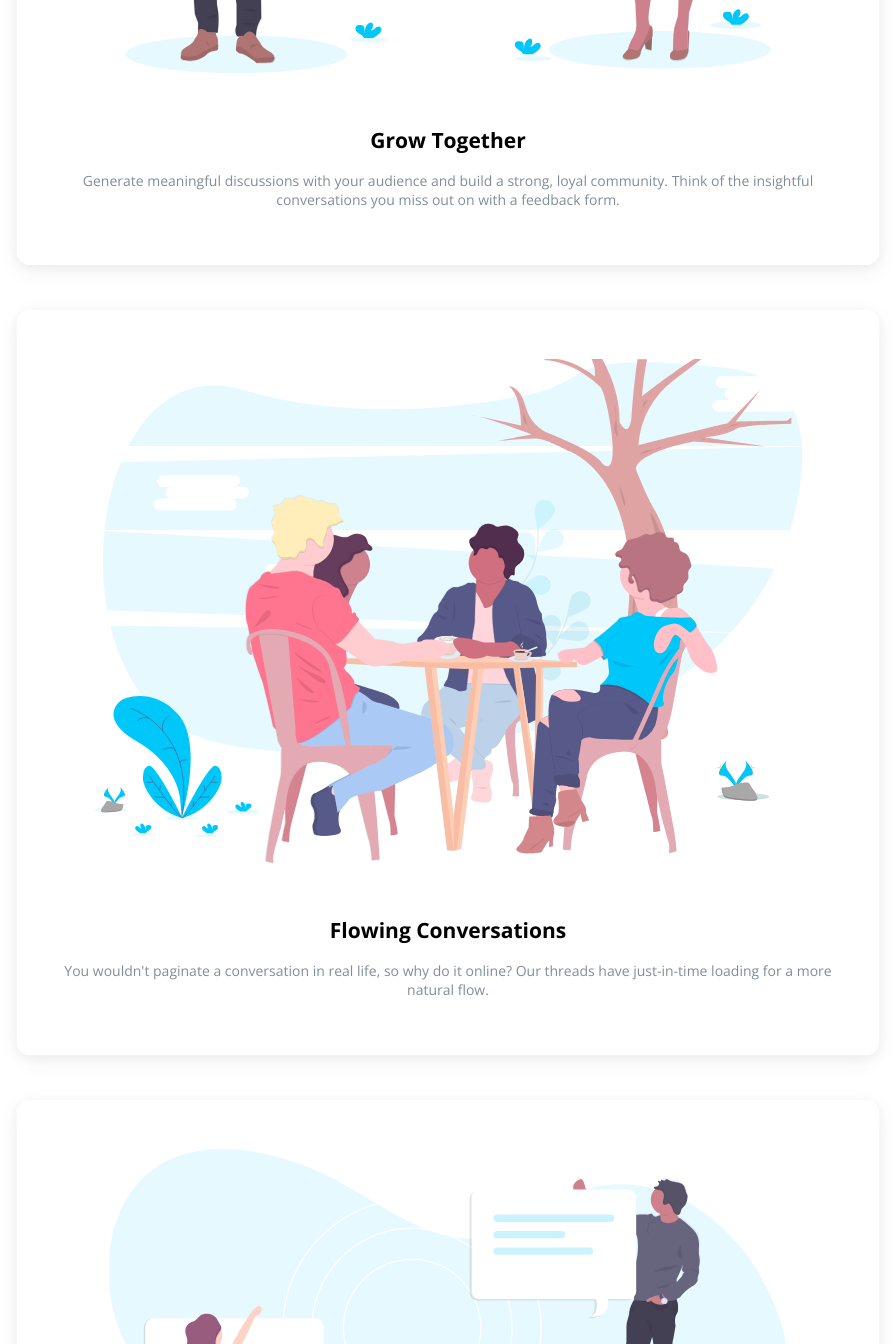
Repository: DejV44/Huddle-landing-page
Page: index.html
An editor plug-in stored every save of this project. The page is shown before and after the next save, followed by the edit.
The browser window is 1280 px wide. The pictures show the part of the page from y = 2281 to 4201 px (the page is 5562 px tall before and 5515 px after), at 70% of full size.
The style sheet was rebuilt from its Sass, Less or Tailwind sources for each picture, by a compiler version that may differ from the author's.

Above is the page before, as saved 2021-08-20 08:22:42.

After the next save:
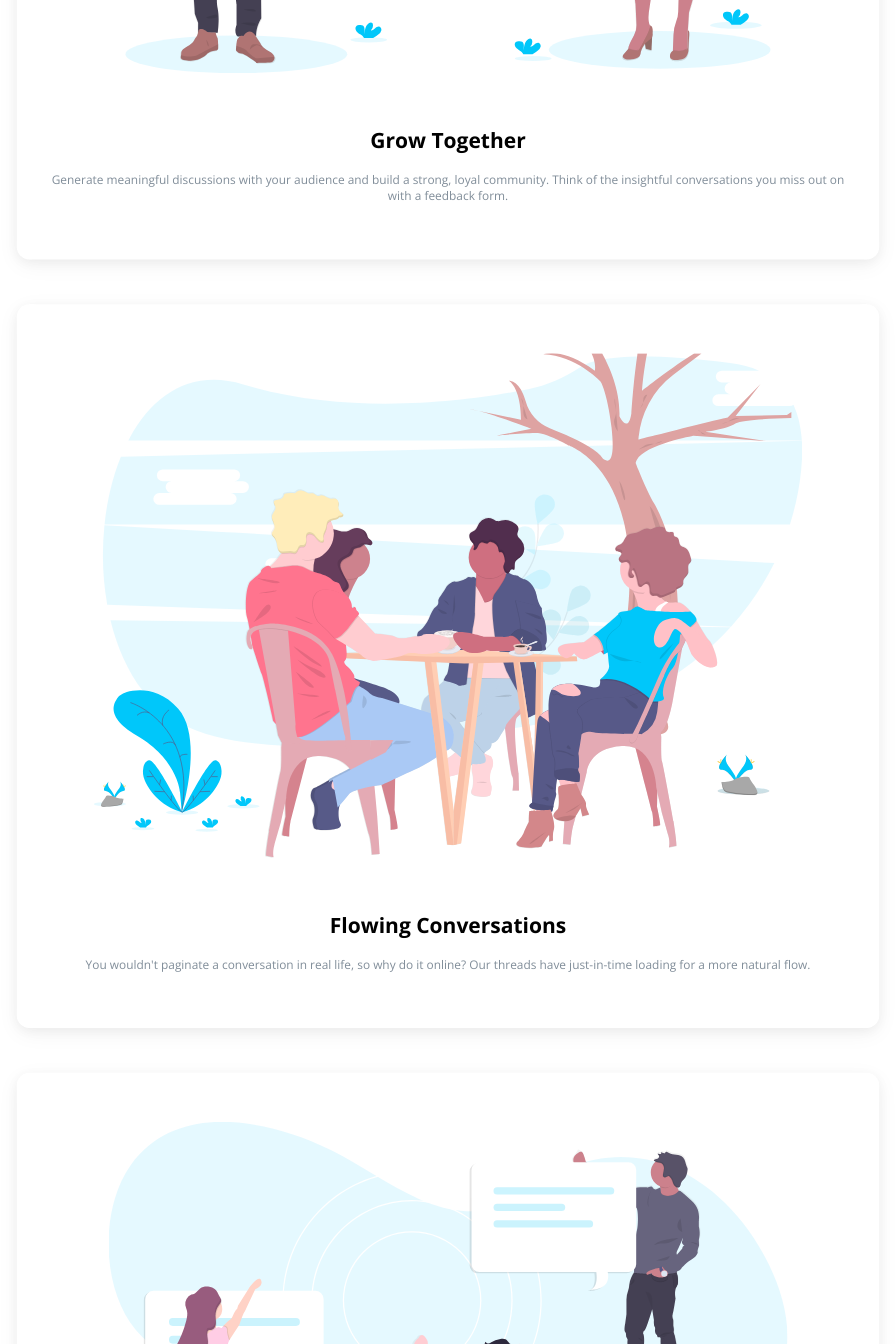
Saved 10 s later.
--- a/css/_mixin.scss
+++ b/css/_mixin.scss
@@ -18,7 +18,7 @@
         }
         p {
             display: block;
-            font-size: 20px;
+            font-size: 17px;
             color: $GrayishBlue;
             padding-bottom: 3rem;
             margin-bottom: 2rem;
